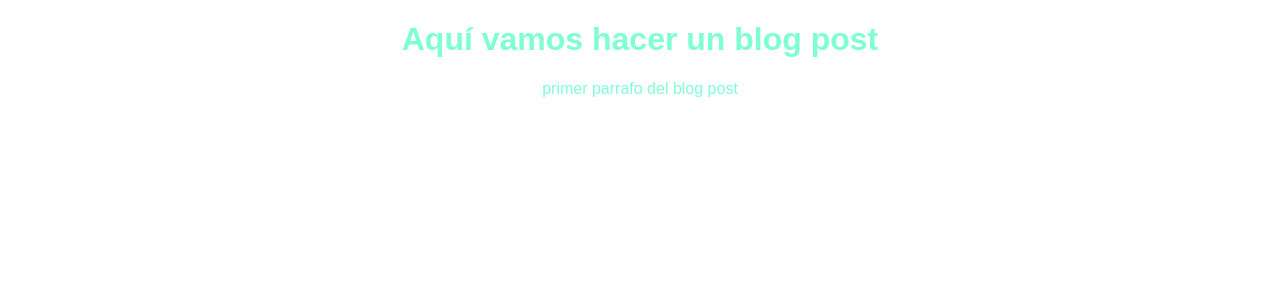
Repository: Areinomora/hiperblog
Page: blogpost.html
An editor plug-in stored every save of this project. The page is shown before and after the next save, followed by the edit.
The browser window is 1280 px wide. The pictures show the whole page.

Above is the page before, as saved 2022-12-20 22:04:42.

### blogpost.html
<!DOCTYPE html>
<html lang="en">
<head>
    <meta charset="UTF-8">
    <meta http-equiv="X-UA-Compatible" content="IE=edge">
    <meta name="viewport" content="width=device-width, initial-scale=1.0">
    <title>Titulo del blog post</title>
    <link rel="stylesheet" href="/css/estilos.css">
</head>
<body>
    <h1>Aquí vamos hacer un blog post</h1>
    <p>primer parrafo del blog post</p>
</body>
</html>

### css/estilos.css
body
{
    color: aquamarine;
    text-align: center;
    font-family:"arial";
}

After the next save:
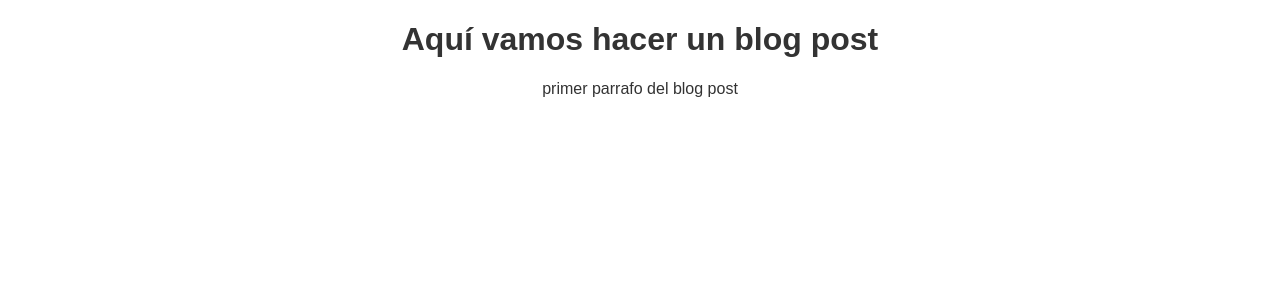
Saved 17 h 48 min later.
--- a/css/estilos.css
+++ b/css/estilos.css
@@ -1,6 +1,24 @@
 body
 {
-    color: aquamarine;
-    text-align: center;
+    color:#333;
+    text-align:center;
     font-family:"arial";
+    font-size: 16 px;
+    padding: 0;
+    margin: 0;
+
 }
+
+#container
+{
+    width: 70%;
+    padding: 1em;
+    text-align: left;
+    border: 1px solid #000;
+    margin:auto;
+
+}
+#container h1
+{
+    font-size: 20px;
+}
